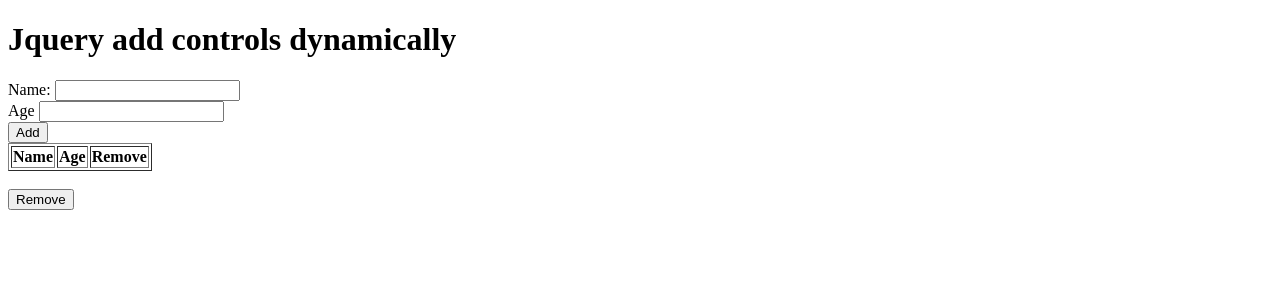
Repository: Padminivittal/Padmini-MWB
Page: MWB Day1/WebContent/lab4.html
The author's editor kept a copy of each file at every save. The page is drawn from the files as they stood at one save, then again after the next save.
The browser window is 1280 px wide. The pictures show the whole page.

Above is the page before, as saved 2012-07-20 10:41:55.

### MWB Day1/WebContent/lab4.html
<!DOCTYPE HTML>
<html>
<title>
Day 1 -Lab 3
</title>
<script src="js/jquery-1.7.2.js"></script>
<script>
$().ready(function(){
	$("#btnAdd").on("click", function()
	{
		$("#tblpeople").append("<tr><td>"+ $("#name").val()+"</td><td>"+$("#age").val()+"</td><td><input type='checkbox' id='check'/></td><tr>")
		//$("#remove").html("<input type='button' value='Remove' id='btnremove'/>")
	});
	$("#btnremove").on("click", function()
			{

		$("#check:checked").each(function()
				{
			$(this).prev('tr').remove();
				});
			});
});

</script>
<style>
input:focus
{
background:lightblue;
}
</style>
<head>
</head>
<h1>Jquery add controls dynamically</h1>
<body>
<label for="name">Name:</label>
<input type="text"  id="name"/>
<br>
<label for="age">Age</label>
<input type="text" id="age"  />
<br>
<input type="button" value="Add" id="btnAdd"/>
<br>
<div id="People">
<table id="tblpeople" border=1>
<tr>
<th>
Name
</th>
<th>
Age
</th>
<th>
Remove
</th>
</tr>
</table>
<br>
<input type="button" value="Remove" id="btnremove"/>
</div>
<div id="remove">

</div>
</body>
</html>

Loaded but not shown: MWB Day1/WebContent/js/jquery-1.7.2.js (library)

After the next save:
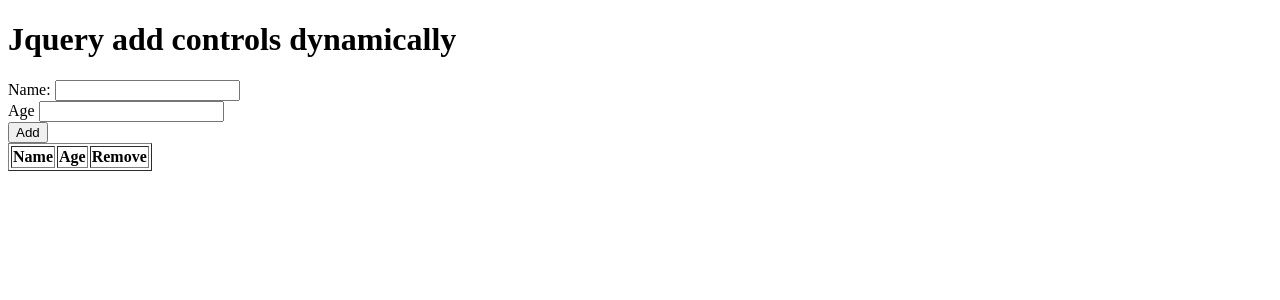
Saved 2 min 43 s later.
--- a/MWB Day1/WebContent/lab4.html
+++ b/MWB Day1/WebContent/lab4.html
@@ -9,14 +9,13 @@ $().ready(function(){
 	$("#btnAdd").on("click", function()
 	{
 		$("#tblpeople").append("<tr><td>"+ $("#name").val()+"</td><td>"+$("#age").val()+"</td><td><input type='checkbox' id='check'/></td><tr>")
-		//$("#remove").html("<input type='button' value='Remove' id='btnremove'/>")
+		$("#remove").html("<input type='button' value='Remove' id='btnremove'/>")
 	});
 	$("#btnremove").on("click", function()
 			{
-
 		$("#check:checked").each(function()
 				{
-			$(this).prev('tr').remove();
+			$(this).parents('tr').remove();
 				});
 			});
 });
@@ -55,7 +54,7 @@ Remove
 </tr>
 </table>
 <br>
-<input type="button" value="Remove" id="btnremove"/>
+
 </div>
 <div id="remove">
 
